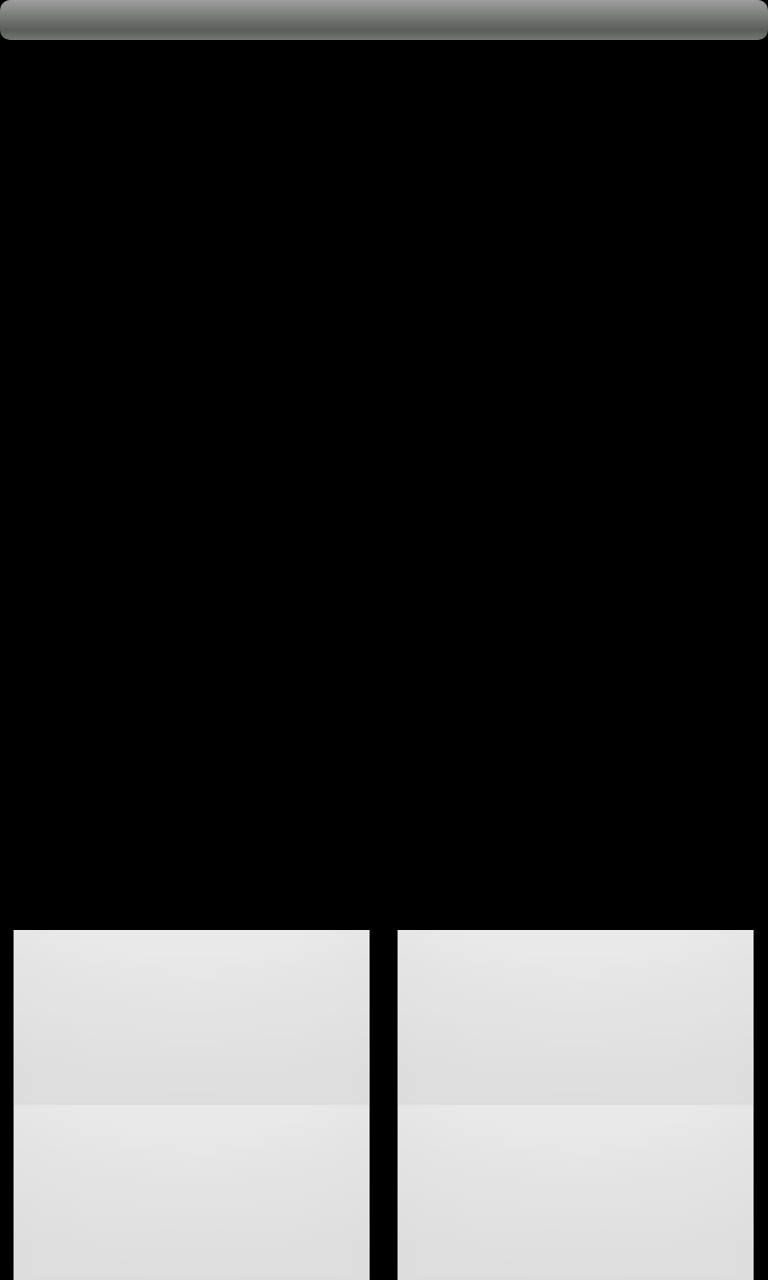
Repository: aster9725/HK-CityU-SummerExchange
Layout: Copy of WordQuiz/res/layout/activity_game.xml
These files come from the project's save history. The layout is drawn as it stood at one moment and after the next save; the edit follows.
It is drawn on a 768 x 1280 px phone screen (xhdpi) without system bars, with theme android:Theme; the app's code is not run.

Above is the layout before, as saved 2014-07-24 10:19:29.

### Copy of WordQuiz/res/layout/activity_game.xml
<LinearLayout xmlns:android="http://schemas.android.com/apk/res/android"
    android:layout_width="fill_parent"
    android:layout_height="fill_parent"
    android:orientation="vertical" >

    <ProgressBar
        android:id="@+id/timerbar"
        style="?android:attr/progressBarStyleHorizontal"
        android:layout_width="match_parent"
        android:layout_height="wrap_content" />

    <TextView
        android:id="@+id/qusetion"
        android:layout_width="match_parent"
        android:layout_height="500sp"
        android:layout_weight="3"
        android:gravity="center_vertical|center_horizontal"
        android:text=""
        android:textSize="70sp" />

    <LinearLayout
        android:layout_width="match_parent"
        android:layout_height="wrap_content"
        android:layout_gravity="center_vertical|center_horizontal"
        android:orientation="horizontal"
        android:layout_weight="1" >

        <ImageButton
            android:id="@+id/btnans1"
            android:layout_width="wrap_content"
            android:layout_height="100sp"
            android:layout_gravity="center_vertical|center_horizontal"
            android:layout_margin="3sp"
            android:layout_weight="1" />

        <ImageButton
            android:id="@+id/btnans2"
            android:layout_width="wrap_content"
            android:layout_height="100sp"
            android:layout_gravity="center_vertical|center_horizontal"
            android:layout_margin="3sp"
            android:layout_weight="1" />
    </LinearLayout>

    <LinearLayout
        android:layout_width="match_parent"
        android:layout_height="wrap_content"
        android:layout_gravity="center_vertical|center_horizontal"
        android:orientation="horizontal"
        android:layout_weight="1" >

        <ImageButton
            android:id="@+id/btnans3"
            android:layout_width="wrap_content"
            android:layout_height="100sp"
            android:layout_gravity="center_vertical|center_horizontal"
            android:layout_margin="3sp"
            android:layout_weight="1" />

        <ImageButton
            android:id="@+id/btnans4"
            android:layout_width="wrap_content"
            android:layout_height="100sp"
            android:layout_gravity="center_vertical|center_horizontal"
            android:layout_margin="3sp"
            android:layout_weight="1" />
    </LinearLayout>

</LinearLayout>

After the next save:
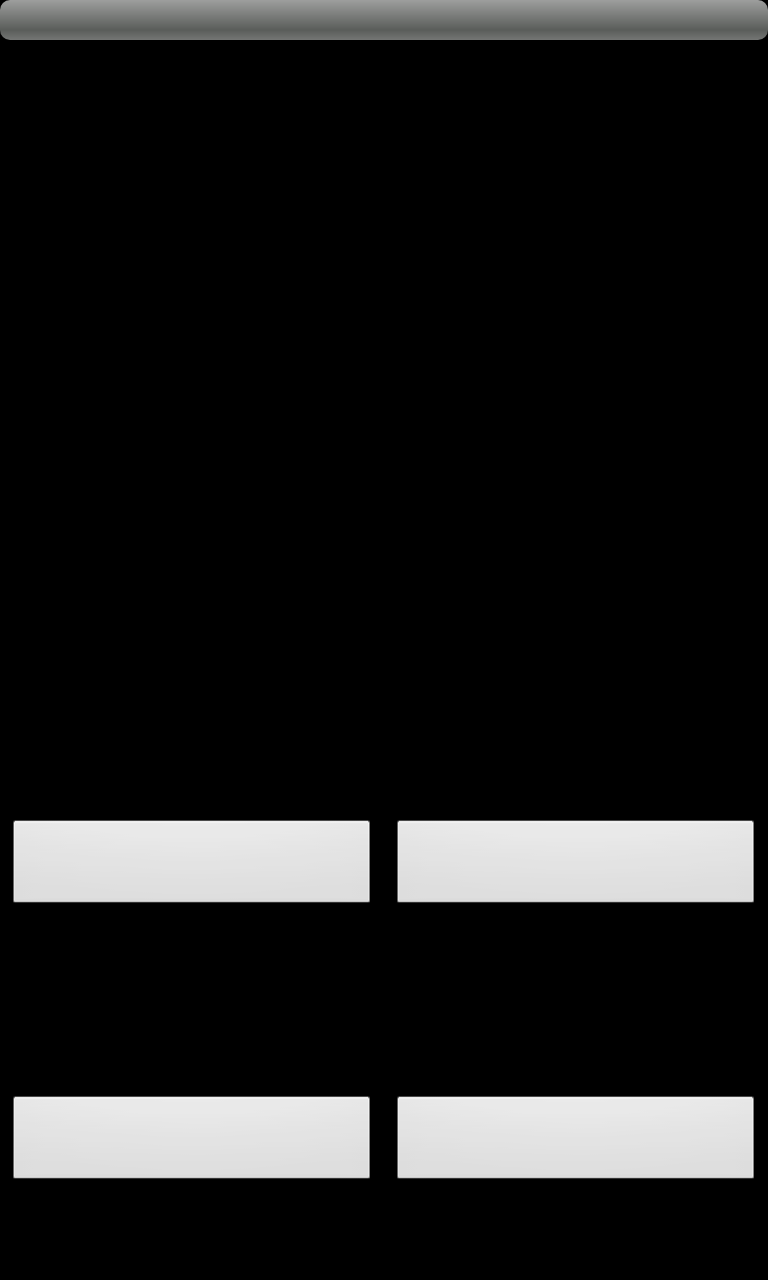
Saved 26 s later.
--- a/Copy of WordQuiz/res/layout/activity_game.xml
+++ b/Copy of WordQuiz/res/layout/activity_game.xml
@@ -12,7 +12,7 @@
     <TextView
         android:id="@+id/qusetion"
         android:layout_width="match_parent"
-        android:layout_height="500sp"
+        android:layout_height="wrap_content"
         android:layout_weight="3"
         android:gravity="center_vertical|center_horizontal"
         android:text=""
@@ -28,7 +28,7 @@
         <ImageButton
             android:id="@+id/btnans1"
             android:layout_width="wrap_content"
-            android:layout_height="100sp"
+            android:layout_height="wrap_content"
             android:layout_gravity="center_vertical|center_horizontal"
             android:layout_margin="3sp"
             android:layout_weight="1" />
@@ -36,7 +36,7 @@
         <ImageButton
             android:id="@+id/btnans2"
             android:layout_width="wrap_content"
-            android:layout_height="100sp"
+            android:layout_height="wrap_content"
             android:layout_gravity="center_vertical|center_horizontal"
             android:layout_margin="3sp"
             android:layout_weight="1" />
@@ -52,7 +52,7 @@
         <ImageButton
             android:id="@+id/btnans3"
             android:layout_width="wrap_content"
-            android:layout_height="100sp"
+            android:layout_height="wrap_content"
             android:layout_gravity="center_vertical|center_horizontal"
             android:layout_margin="3sp"
             android:layout_weight="1" />
@@ -60,7 +60,7 @@
         <ImageButton
             android:id="@+id/btnans4"
             android:layout_width="wrap_content"
-            android:layout_height="100sp"
+            android:layout_height="wrap_content"
             android:layout_gravity="center_vertical|center_horizontal"
             android:layout_margin="3sp"
             android:layout_weight="1" />
